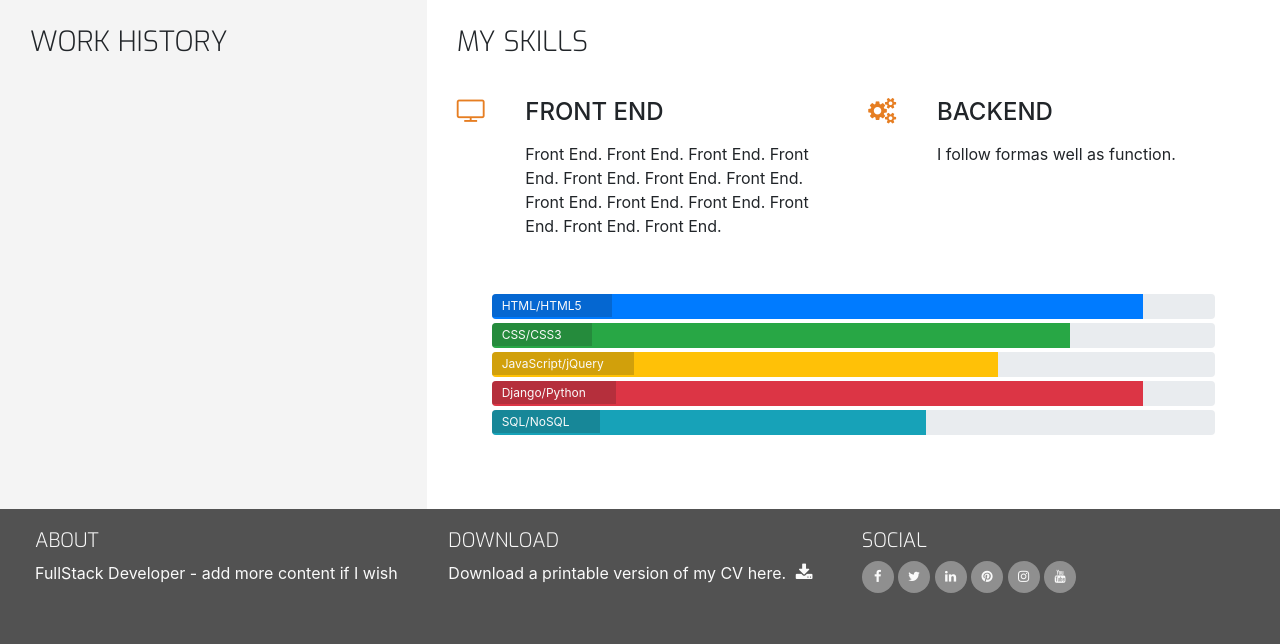
Repository: JustWhiteGit/Rosies-Resume
Page: resume.html
The author's editor kept a record of every edit. The page is drawn from the files as they stood at one moment, then again after the next edit.
The browser window is 1280 px wide. The pictures show the part of the page from y = 369 to 1037 px (the page is 1013 px tall before and 1037 px after).

Above is the page before.

### resume.html
<!DOCTYPE html>
<html lang="en">

<head>
    <meta charset="UTF-8">
    <meta name="viewport" content="width=device-width, initial-scale=1.0">
    <meta http-equiv="X-UA-Compatible" content="ie=edge">
    <link rel="stylesheet" href="https://stackpath.bootstrapcdn.com/bootstrap/4.3.1/css/bootstrap.min.css" type="text/css" />
    <link rel="stylesheet" href="https://stackpath.bootstrapcdn.com/font-awesome/4.7.0/css/font-awesome.min.css" type="text/css" />
    <link rel="stylesheet" href="https://cdnjs.cloudflare.com/ajax/libs/hover.css/2.3.1/css/hover-min.css" type="text/css" />
    <link rel="stylesheet" href="assets/css/styles.css" type="text/css" />
    <title>Rosie</title>
</head>

<body>
    <header>
        <div class="row no-gutters">
            <a href="index.html" class="col-md-4 logo">

            </a>
            <div class="col-md-8">
                <div class="row no-gutters bg-color-name-title">
                    <div class="col heading">
                        <h1 class="name">Rosie Odenkirk</h1>
                        <h2 class="title">Full Stack Developer</h2>
                    </div>
                </div>
                <div class="row no-gutters">
                    <div class="col">
                        <ul id="nav" class="list-inline menucontainer">
                            <li class="col-6 col-sm-3 ui-menu-color-home list-inline-item menuitem">
                                <a href="#" class="hvr-sweep-to-bottom"><i class="fa fa-home" aria-hidden="true"></i><span>Home</span></a>
                            </li>
                            <li class="col-6 col-sm-3 ui-menu-color-resume list-inline-item menuitem">
                                <a href="#" class="hvr-sweep-to-bottom"><i class="fa fa-graduation-cap" aria-hidden="true"></i><span>Resume</span></a>
                            </li>
                            <li class="col-6 col-sm-3 ui-menu-color-contact list-inline-item menuitem">
                                <a href="#" class="hvr-sweep-to-bottom"><i class="fa fa-comment-o" aria-hidden="true"></i><span>Contact</span></a>
                            </li>
                            <li class="col-6 col-sm-3 ui-menu-color-download list-inline-item menuitem">
                                <a href="#" class="hvr-sweep-to-bottom"><i class="fa fa-download" aria-hidden="true"></i><span>Download</span></a>
                            </li>
                        </ul>
                    </div>
                </div>
            </div>
        </div>

    </header>

    <section class="container-fluid">
        <div class="row">
            <div class="col-md-4 bg-color-personal-info section-column">
                <div class="row">
                    <div class="col-12">
                        <h3 class="section-heading uppercase">
                            Work History
                        </h3>
                    </div>
                </div>
            </div>
            <div class="col-md-8 bg-color-three-reasons section-column">
                <div class="row">
                    <div class="col">
                        <h3 class="section-heading uppercase">My Skills </h3>
                    </div>
                </div>
                <div class="row">
                    <div class="col-10 offset-1 offset-sm-0 col-sm-4 col-md-6">
                        <div class="row">
                            <div class="col-2">
                                <i class="three-reasons-icon fa fa-tv" aria-hidden="true"></i>
                            </div>
                            <div class="col-10">
                                <h4 class="three-reasons-heading uppercase">Front End</h4>
                                <p>Front End. Front End. Front End. Front End. Front End. Front End. Front End. Front End.
                                Front End. Front End. Front End. Front End. Front End.</p>
                            </div>
                        </div>
                    </div>
                    <div class="col-10 offset-1 offset-sm-0 col-sm-4 col-md-6">
                        <div class="row">
                            <div class="col-2">
                                <i class="three-reasons-icon fa fa-gears" aria-hidden="true"></i>
                            </div>
                            <div class="col-10">
                                <h4 class="three-reasons-heading uppercase">Backend</h4>
                                <p>I follow formas well as function.</p>
                            </div>
                        </div>
                    </div>

                </div>
                <div class="row progress-section">
                    <div class="col">
                        <div class="progress">
                            <div class="progress-bar" role="progressbar" aria-valuenow="90" aria-valuemin="0" aria-valuemax="100" style="width:90%">
                                <span class="sr-only">90% complete</span>
                            </div>
                            <span class="progress-type">HTML/HTML5</span>
                        </div>
                        <div class="progress">
                            <div class="progress-bar bg-success" role="progressbar" aria-valuenow="80" aria-valuemin="0" aria-valuemax="100" style="width:80%">
                                <span class="sr-only">80% complete</span>
                            </div>
                            <span class="progress-type">CSS/CSS3</span>
                        </div>
                        <div class="progress">
                            <div class="progress-bar bg-warning" role="progressbar" aria-valuenow="70" aria-valuemin="0" aria-valuemax="100" style="width:70%">
                                <span class="sr-only">70% complete</span>
                            </div>
                            <span class="progress-type">JavaScript/jQuery</span>
                        </div>
                        <div class="progress">
                            <div class="progress-bar bg-danger" role="progressbar" aria-valuenow="90" aria-valuemin="0" aria-valuemax="100" style="width:90%">
                                <span class="sr-only">90% complete</span>
                            </div>
                            <span class="progress-type">Django/Python</span>
                        </div>
                        <div class="progress">
                            <div class="progress-bar bg-info" role="progressbar" aria-valuenow="60" aria-valuemin="0" aria-valuemax="100" style="width:60%">
                                <span class="sr-only">60% complete</span>
                            </div>
                            <span class="progress-type">SQL/NoSQL</span>
                        </div>
                    </div>
                </div>
            </div>
        </div>
        </div>
    </section>

    <footer class="container-fluid">
        <div id="footer-details" class="row">
            <div class="col-sm-4">
                <h5 class="uppercase general-sub">About</h5>
                <p class="inline-block">
                    FullStack Developer - add more content if I wish
                </p>
            </div>
            <div class="col-sm-4">
                <h5 class="uppercase general-sub">Download</h5>
                <p class="inline-block">
                    Download a printable version of my CV here.
                    <a href="#" target="_blank" class="cv-pdf">
                        <i class="fa fa-download" aria-hidden="true"></i>
                        <span class="sr-only">Download link.</span>
                    </a>
                </p>
            </div>
            <div class="col-sm-4">
                <h5 class="uppercase general-sub">Social</h5>
                <ul class="list-inline social-links">
                    <li class="list-inline-item">
                        <a target="_blank" href="#">
                            <i class="fa fa-facebook" aria-hidden="true"></i>
                            <span class="sr-only">Facebook</span>
                        </a>
                    </li>
                    <li class="list-inline-item">
                        <a target="_blank" href="#">
                            <i class="fa fa-twitter" aria-hidden="true"></i>
                            <span class="sr-only">Twitter</span>
                        </a>
                    </li>
                    <li class="list-inline-item">
                        <a target="_blank" href="#">
                            <i class="fa fa-linkedin" aria-hidden="true"></i>
                            <span class="sr-only">LinkedIn</span>
                        </a>
                    </li>
                    <li class="list-inline-item">
                        <a target="_blank" href="#">
                            <i class="fa fa-pinterest" aria-hidden="true"></i>
                            <span class="sr-only">Pinterest</span>
                        </a>
                    </li>
                    <li class="list-inline-item">
                        <a target="_blank" href="#">
                            <i class="fa fa-instagram" aria-hidden="true"></i>
                            <span class="sr-only">Instagram</span>
                        </a>
                    </li>
                    <li class="list-inline-item">
                        <a target="_blank" href="#">
                            <i class="fa fa-youtube" aria-hidden="true"></i>
                            <span class="sr-only">YouTube</span>
                        </a>
                    </li>
                </ul>

            </div>
        </div>


    </footer>
</body>

</html>

### assets/css/styles.css
@import url('https://fonts.googleapis.com/css?family=Roboto:100,200,300,400,500,600,700|Exo:100,200,300,400,500,600,700');

/*---------------------------------colors*/

.bg-color-name-title {
    background-color: #676767;
}

.bg-color-personal-info {
    background-color: #f4f4f4;
}

.bg-color-three-reasons {
    background-color: #fff;
}

.ui-menu-color-home {
    background-color: #e67e22;
}

.ui-menu-color-resume {
    background-color: #9b59b6;
}

.ui-menu-color-contact {
    background-color: #3498db;
}

.ui-menu-color-download {
    background-color: #525252;
}

/* --------------------------------special paddings/margins/text */

h1,
h2,
h3,
h4 {
    margin: 0;
}

.uppercase {
    text-transform: uppercase;
}

.general-sub {
    font-family: "Exo", sans-serif;
    font-weight: 300;
    color: #fafafa;
}

.row-table {
    display: table;
}


.section-column {
    display: table-cell;
    padding: 0 30px 30px;
    float: none;
}


.section-heading {

    font-family: "Exo", sans-serif;
    font-weight: 300;
    margin-top: 25px;
    margin-bottom: 40px;
}



/* --------------------------------heading */

header {
    margin: 0;
}

.heading {
    margin-left: 50px;
}

.logo {
    background: url("../images/rosie-resume.jpg");
    background-position: center;
    background-repeat: no-repeat;
    background-size: cover;
    min-height: 360px;
    transition: all .5s ease-in-out;
    -moz-transition: all .5s ease-in-out;
    -webkit-transition: all .5s ease-in-out;
}


.name {
    font-family: "Exo", sans-serif;
    font-weight: 100;
    font-size: 46px;
    margin-top: 50px;
    color: #fff;
}

.title {
    font-family: "Roboto", sans-serif;
    font-weight: 200;
    font-size: 28px;
    margin-top: 20px;
    margin-bottom: 90px;
    color: #fff;
}


.list-inline-item:not(:last-child) {
    margin: 0;
}

.menucontainer {
    font-size: 0;
}

#nav {
    margin: 0;
}

#nav li {
    font-size: 14px;
    padding: 0;
}

.menuitem {
    height: 120px;
    text-align: center;
    padding: 0;
}

.menuitem a {
    width: 100%;
    text-decoration: none;
    color: #fff;
    height: 120px;
}

.menuitem a i {
    padding-top: 22px;
    display: block;
    color: #fafafa;
    font-size: 26px;
}

.menuitem span {
    display: block;
    width: 100%;
    padding-top: 5px;
    text-align: center;
    text-transform: uppercase;
    font-size: 14px;
    font-weight: 300;
    letter-spacing: 2px;
}

/* --------------------------------hover.css */

.hvr-sweep-to-bottom:before {
    background-color: rgba(0, 0, 0, 0.2);
    height: 120px;
}


/* --------------------------------footer */

footer {
    background-color: #525252;
    color: #fafafa;
    min-height: 120px;
    margin: 0;
}

.cv-pdf i {
    font-size: 18px;
    color: #fafafa;
    text-align: center;
    padding-left: 5px;
    transition: all 0.35s ease-in-out;
    -moz-transition: all 0.35s ease-in-out;
    -webkit-transition: all 0.35s ease-in-out;
    -o-transition: all 0.35s ease-in-out;
}

.cv-pdf i:hover {
    color: #e84610;
}

.social-links {
    padding-bottom: 15px;
}

.social-links li a i {
    width: 32px;
    height: 32px;
    padding: 12px 0;
    border-radius: 50%;
    font-size: 13px;
    line-height: 7px;
    text-align: center;
    color: #fafafa;
    background: #8f8f8f;
    transition: all 0.35s ease-in-out;
    -moz-transition: all 0.35s ease-in-out;
    -webkit-transition: all 0.35s ease-in-out;
    -o-transition: all 0.35s ease-in-out;
}

.social-links li a i:hover {
    background: #e84610;

}

#footer-details {
    padding: 20px;
}


/* --------------------------------three reasons */

.three-reasons-icon {
    font-size: 26px;
    color: #e67e22;
}

.three-reasons-heading {
    margin-bottom: 15px;
}


/* --------------------------------personal info */

.personal-info-item {
    margin-bottom: 20px;
    display: block;
    clear: both;
}

.personal-info-item .key,
.personal-info-item .value {
    padding-right: 8px;
    display: inline-block;
}

.personal-info-item .key p,
.personal-info-item .value p {
    margin: 0;
}

.personal-info-item .key {
    width: 30%;
    margin-right: 21px;
    padding-top: 2px;
    vertical-align: top;
}

.personal-info-item .key p {
    font-weight: 700;
}


.personal-info-item .value {
    position: relative;
    width: 60%;
}


/* --------------------------------skills */

.progress {
    position: relative;
    height: 25px;
    margin-bottom: 4px;
}

.progress-type {
    position: absolute;
    left: 0px;
    font-weight: 400;
    padding: 3px 30px 2px 10px;
    color: #fafafa;
    background-color: rgba(25, 25, 25, 0.2);
}


.progress-section {
    margin: 40px 20px;
}

After the next edit:
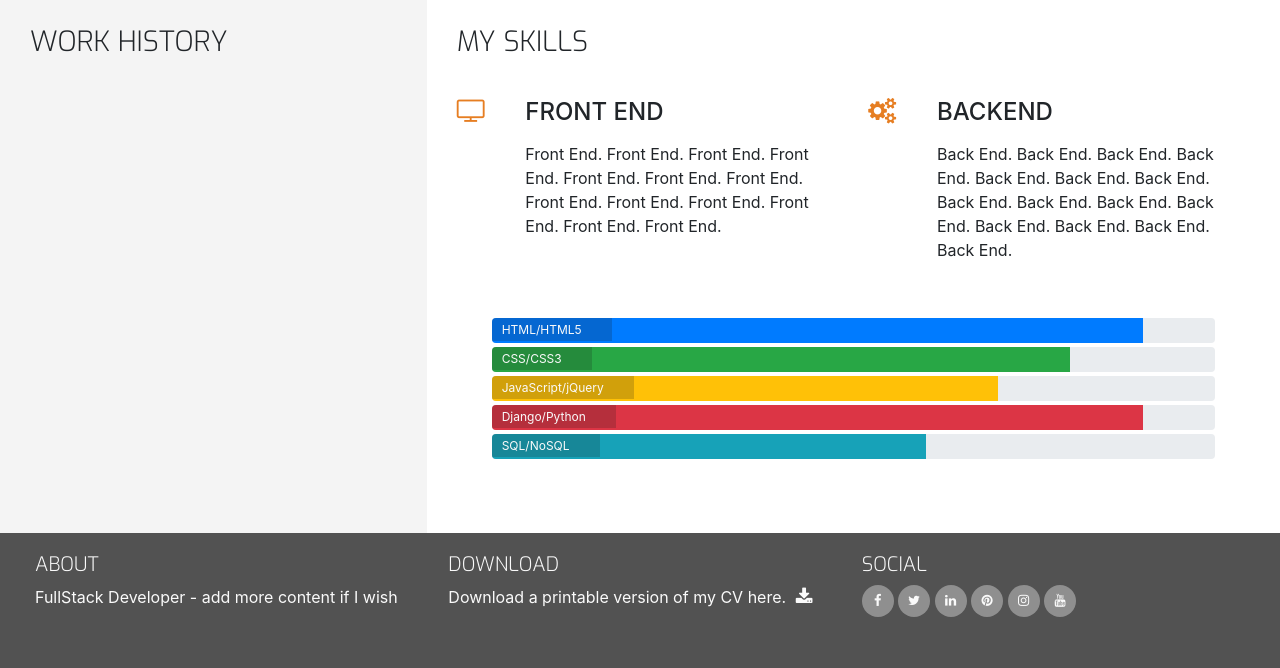
The edit:
--- a/resume.html
+++ b/resume.html
@@ -85,7 +85,8 @@
                             </div>
                             <div class="col-10">
                                 <h4 class="three-reasons-heading uppercase">Backend</h4>
-                                <p>I follow formas well as function.</p>
+                                <p>Back End. Back End. Back End. Back End. Back End. Back End. Back End. Back End.
+                                Back End. Back End. Back End. Back End. Back End. Back End. Back End. </p>
                             </div>
                         </div>
                     </div>
